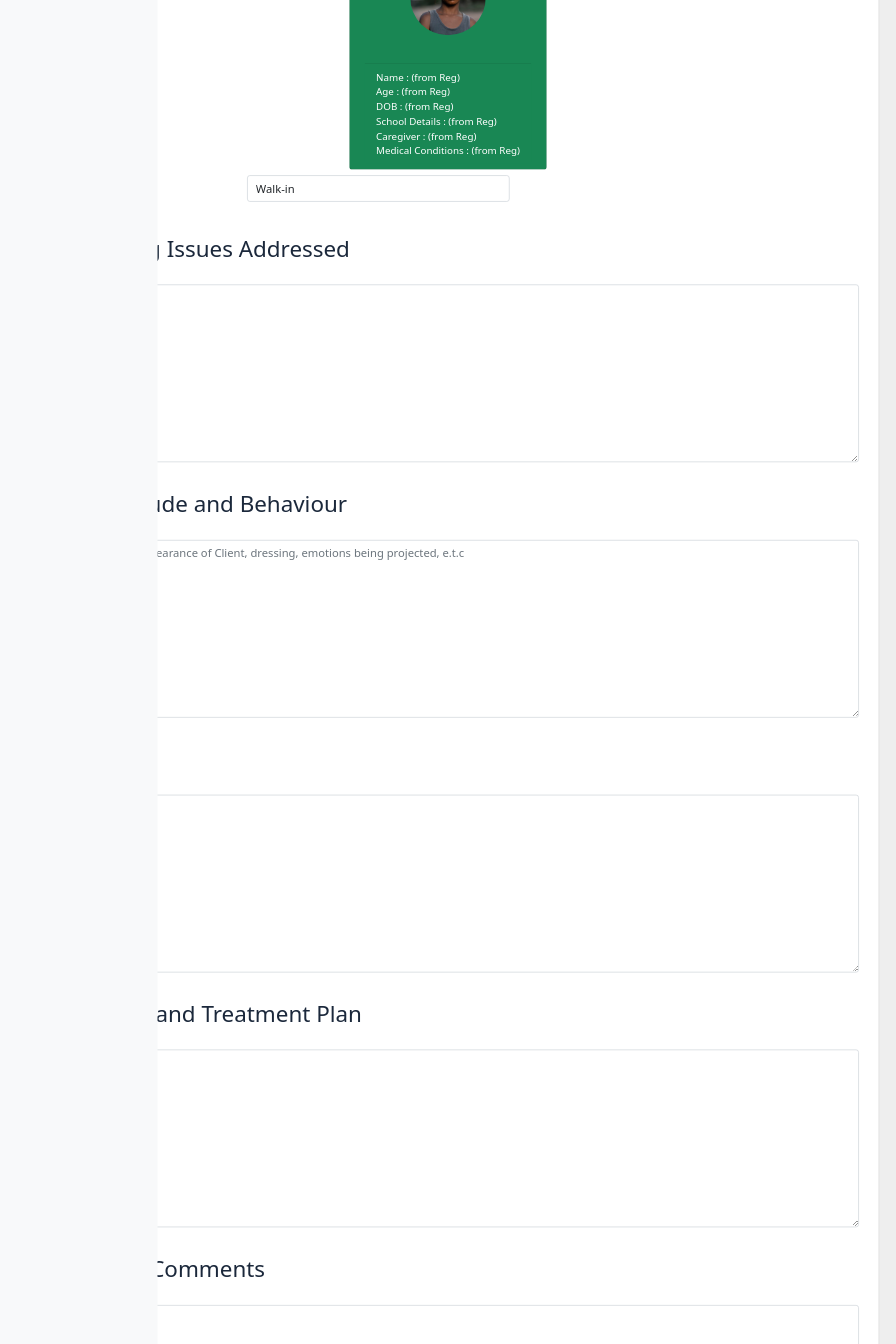
Repository: SRFtech/mis-designs
Page: counselling.html
An editor plug-in stored every save of this project. The page is shown before and after the next save, followed by the edit.
The browser window is 1280 px wide. The pictures show the part of the page from y = 556 to 2476 px (the page is 3021 px tall before and 3037 px after), at 70% of full size.

Above is the page before, as saved 2022-04-10 22:33:42.

After the next save:
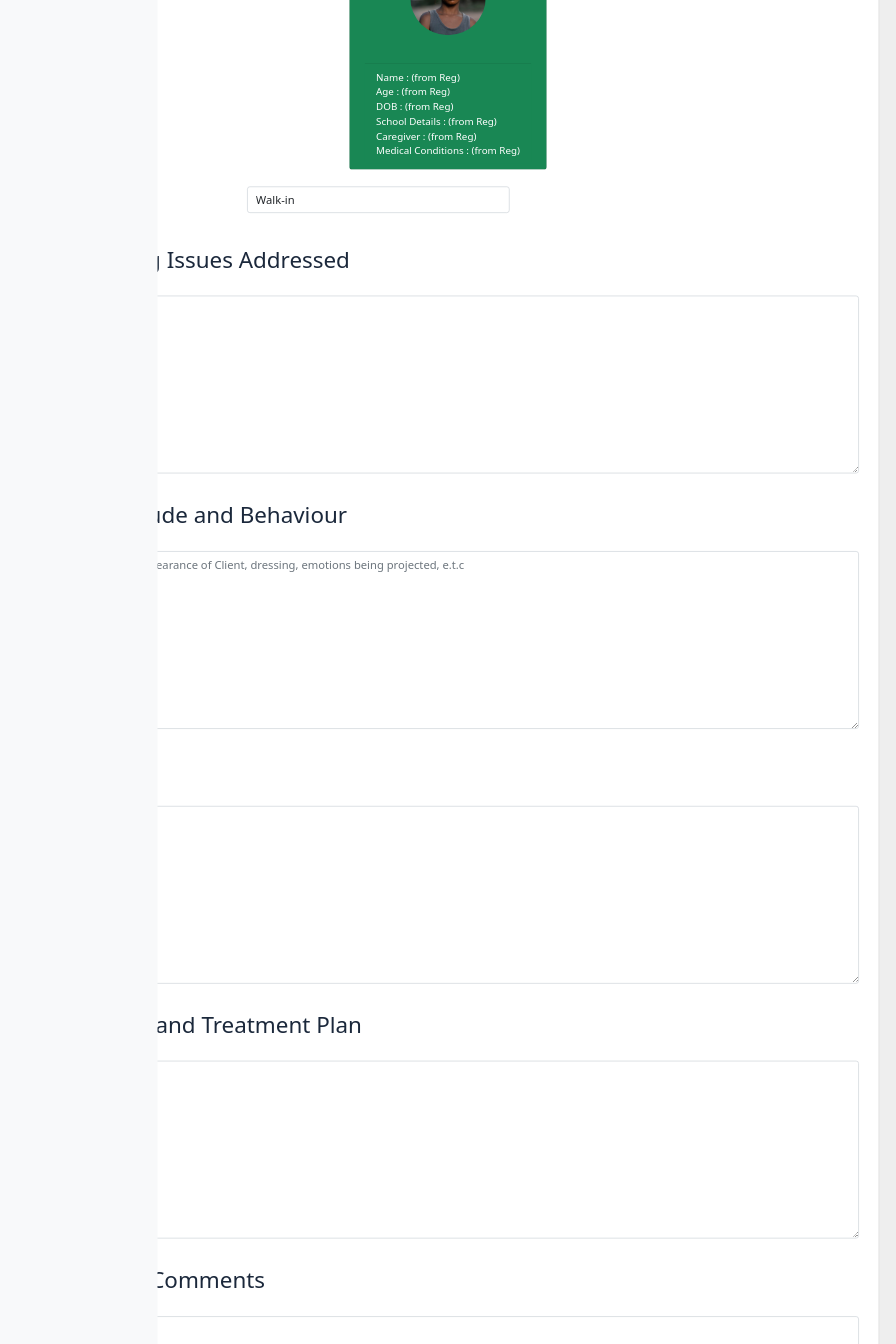
Saved 8 s later.
--- a/counselling.html
+++ b/counselling.html
@@ -173,7 +173,7 @@
                                                     </div>
                                                     <div class="row pb-2 pt-2 justify-content-center align-items-center">
                                                             <div class="col-xl-3 col-sm-6">
-                                                                <div class="card bg-success text-white mb-2">
+                                                                <div class="card bg-success text-white mb-4">
                                                                     <div class=" image d-flex flex-column justify-content-center align-items-center">
                                                                         <div class="card-body bg-success">Beneficiary K_234</div>
                                                                         <div class="card-body col-md-6 mb-4">
